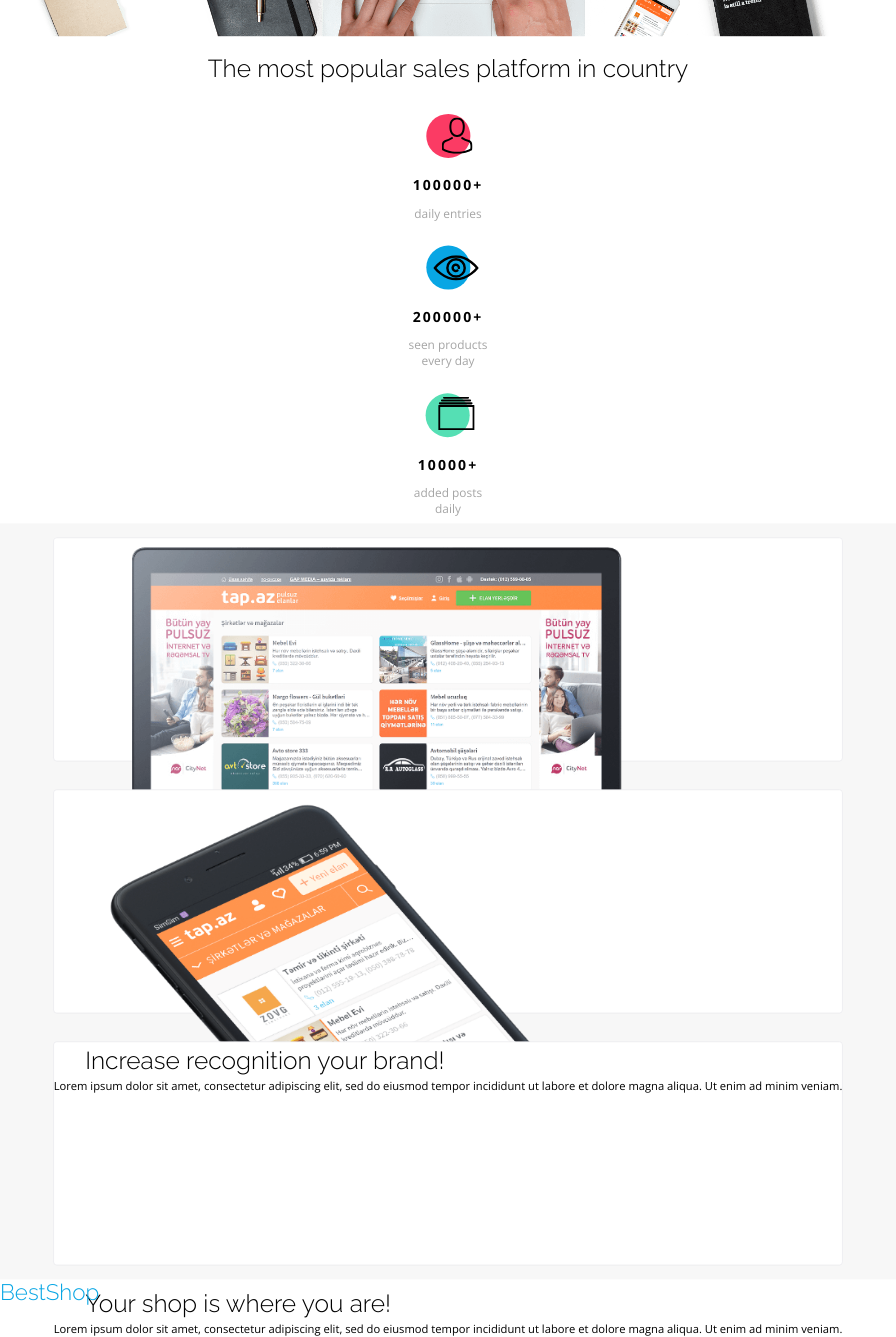
Repository: artwol993/BestShop
Page: index.html
An editor plug-in stored every save of this project. The page is shown before and after the next save, followed by the edit.
The browser window is 1280 px wide. The pictures show the part of the page from y = 684 to 2604 px (the page is 2594 px tall before and 2604 px after), at 70% of full size.
The style sheet was rebuilt from its Sass, Less or Tailwind sources for each picture, by a compiler version that may differ from the author's.

Above is the page before, as saved 2020-05-28 21:15:36.

### index.html
<!DOCTYPE html>
<html lang="en">
<head>
    <meta charset="UTF-8">
    <meta name="viewport" content="width=device-width, initial-scale=1.0">
    <title>BestShop[artwol993]</title>
    <link rel="stylesheet" href="css/main.css">
    <style>
        @import url('https://fonts.googleapis.com/css2?family=Open+Sans:wght@400;700&display=swap');
    </style>
    <style>
        @import url('https://fonts.googleapis.com/css2?family=Raleway:wght@300;400;700;800&display=swap');
    </style>
</head>
<body>
    <div class="main__container">
        <header>
            <div class="logo">BestShop</div>
            <nav class="nav">
                <!-- <button class="hamburger" aria-label="Menu">
                    <span class="hamburger__container" tabindex="-1">
                        <span class="hamburger__bars"></span>
                      </span>
                </button> -->
                <div class="side__menu">
                    <!-- <ul class="nav__list">
                        <li class="nav__list-item"><a href="" class="nav__link">why us</a></li>
                        <li class="nav__list-item"><a href="" class="nav__link">benefits</a></li>
                        <li class="nav__list-item"><a href="" class="nav__link">prices</a></li>
                        <li class="nav__list-item"><a href="" class="nav__link">contact</a></li>
                    </ul> -->
                </div>
            </nav>
        </header>

        <div class="content__container">
            <div class="main">

<!-- welcome-section -->

                <section class="welcome">
                    <div class="welcome__content">
                        <h1>Sell More!</h1>
                        <p>Open shop on our platform and incrase your sales</p>
                        <button class="main-btn">Open your shop</button>
                    </div>
                    <img src="/assets/Background.png" alt="notebook-picture" class="welcome__picture">
                </section>

<!-- stats-section -->

                <section class="stats">
                    <h2>The most popular sales platform in country</h2>
                    <div class="stats__container">
                        <div class="stats__bin">
                            <div class="stats__circle-person"></div>
                            <img src="./assets/Person.svg" alt="person-contour" class="stats__img-person">
                            <span>100000+</span>
                            <p>daily entries</p>
                        </div>
                        <div class="stats__bin">
                            <div class="stats__circle-eye"></div>
                            <img src="./assets/Eye.svg" alt="person-contour" class="stats__img-eye">
                            <span>200000+</span>
                            <p>seen products<br> every day</p>
                        </div>
                        <div class="stats__bin">
                            <div class="stats__circle-catalog"></div>
                            <img src="./assets/Catalog.svg" alt="person-contour" class="stats__img-catalog">
                            <span>10000+</span>
                            <p>added posts <br> daily</p>
                        </div>
                    </div>
                </section>

<!-- profits-section -->

                <section class="profits">
                    <div class="profits__container">
                        <div class="profits__box">
                            <img src="/assets/Macbook.png" alt="notebook-picture" class="notebook-picture">
                            <h2>Be always first</h2>
                            <p>Lorem ipsum dolor sit amet, consectetur adipiscing elit, sed do eiusmod tempor incididunt ut labore et dolore magna aliqua. Ut enim ad minim veniam.</p>
                        </div>
                        <div class="profits__box">
                            <img src="/assets/iPhone.png" alt="phone-picture" class="phone-picture">
                            <h2>Your shop is where you are!</h2>
                            <p>Lorem ipsum dolor sit amet, consectetur adipiscing elit, sed do eiusmod tempor incididunt ut labore et dolore magna aliqua. Ut enim ad minim veniam.</p>
                        </div>
                        <div class="profits__box">
                            <div class="proftis__box-third">
                                <h2>Increase recognition your brand!</h2>
                                <p>Lorem ipsum dolor sit amet, consectetur adipiscing elit, sed do eiusmod tempor incididunt ut labore et dolore magna aliqua. Ut enim ad minim veniam.</p>
                            </div>
                            <div class="proftis__box-third"></div>
                        </div>

                    </div>
                </section>

<!-- pricing-section -->

                <section class="pricing"></section>

<!-- contact-section -->

                <section class="contact"></section>
            </div>
        </div>

        <footer>
            <div class="logo">BestShop</div>
            <div class="footer-icon"></div>
            <div class="footer-icon"></div>
        </footer>
    </div>
</body>
</html>

### scss/main.scss
    $c-primary-first: #08a6e4;
    $c-primary-second: #fb3b64;
    $c-primary-third: #55dfb4;
    $c-black: #000000;
    $c-white: #ffffff;
    $c-background: #f7f7f7;
    $c-details: #a5a5a5;
    $c-shadow: #00000029;
    $f-h: 'Raleway', sans-serif;
    $f-p: 'Open Sans', sans-serif;
    $fw-light: 300;
    $fw-normal: 400;
    $fw-bold: 700;
    $fw-black: 800;

/*reset*/

  * {
      margin: 0;
      padding: 0;
      box-sizing: border-box;
  }

  /* fonts */

  a, p, ul, span {
    font-family: $f-p;
  }

  h1 {
    font-size: 3.063rem;
    font-weight: $fw-normal;
    font-family: $f-h;
    color: $c-black;
  }

  h2 {
    font-size: 2.188rem;
    font-weight: $fw-light;
    margin: 5px 45px;
    font-family: $f-h;
    color: $c-black;
  }

  h3 {
    font-size: 1.25rem;
    font-weight: $fw-bold;
    margin: 5px;
    font-family: $f-h;
    color: $c-black;
  }

  .logo {
    font-size: 2rem;
    font-weight: $fw-light;
    font-family: $f-h;
    color: $c-primary-first;
    text-decoration: none;
    cursor: pointer;
  }

  .body {
      width: 100vh;
  }
  /*header*/
  header {
      height: 70px;
      display: flex;
      align-items: center;
      justify-content: space-between;
      padding: 0 25px;
      box-shadow: 0px 3px 6px $c-shadow;
  }

//   .hamburger {
//     margin: 0;
//     padding: 0;
//     border: 0;
//     background-color: transparent;
//     cursor: pointer;
//     &:focus {
//         & > .hamburger__container {
//           	box-shadow: 0 0 2px 2px #51a7e8;
//         }
//     }
//   }

//   .hamburger__container {
//     display: flex;
//     align-items: center;
//     position: relative;
//     width: 35px;
//     height: 30px;
//   }

//   .hamburger__bars {
//     position: absolute;
//     width: 35px;
//     height: 2px;
//     background-color: #000;
//     transition: transform 220ms ease-in-out;
//     &:before, &:after {
//         display: block;
//         position: absolute;
//         width: 35px;
//         height: 2px;
//         background-color: #000;
//         content: '';
//     }
//     &:before {
//         top: -12px;
//         transition: top 100ms 250ms ease-in, transform 220ms ease-in-out;
//     }
//     &:after {
//         bottom: -12px;
//         transition: bottom 100ms 250ms ease-in,
//           			transform 220ms ease-in-out;
//     }
//   }

//   .hamburger--active {
//     .hamburger__bars {
//         transform: rotate(225deg);
//         transition: transform 220ms 120ms ease-in-out;
//         &:before {
//             top: 0;
//             transition: top 100ms ease-out;
//         }
//         &:after {
//             bottom: 0;
//             transform: rotate(-90deg);
//             transition: bottom 100ms ease-out,
//             		  	transform 220ms 120ms ease-in-out;
//         }
//     }
// }

//   .hamburger, .hamburger__container {
//     &:focus {
//       	outline: none;
//   	}
//   }

//   .side__menu {
//     display: flex;
//     box-sizing: border-box;
//     position: absolute;
//     height: 70%;
//     width: 200px;
//     top: 70px;
//     right: -300px;
//     padding: 0;
//     background-color: red;
//     transition: 0.3s transform ease-in-out;
//   }

//   .side__menu ul {
//     position: absolute;
//     display: flex;
//     flex-direction: column;
//     box-sizing: border-box;
//     height: calc(100% - 70px);
//     flex-wrap: wrap;
//     margin: 0 10px;
//     padding: 0;
//     list-style-type: none;
//     align-content: flex-start;
//   }

//   .side-__menu ul li {
//     display: flex;
//     flex-direction: column;
//     height: 30px;
//     background: $c-primary-second;
//     flex-basis: 100%;
//     margin-top: 70px;
//     color: #696e9e;
//     border-radius: 5px;
//     overflow: hidden;
//   }

//   .side__menu ul li a {
//     display: flex;
//     padding: 10px;
//     align-items: center;
//     width: 100%;
//     height: 100%;
//     background: $c-primary-third;
//     text-decoration: none;
//     box-sizing: border-box;
//   }

//   .hamburger:focus ~ .side__menu, .side__menu:hover {
//     transform: translateX(-300px);
//   }

.nav__list {
  display: flex;
  justify-content: space-around;
  align-items: center;
}

.nav__list-item {
  // padding: 10px;
  list-style: none;
  // margin-right: 50px;
}

.nav__link {
  color: $c-details;
  font-weight: $fw-bold;
  text-decoration: none;
  text-transform: uppercase;
  font-size: 11px;

  &:hover {
    color: $c-black;
    border-bottom: solid 3px $c-primary-first;
    padding-bottom: 23px;
  }
}

/*content*/

.content__container {
  // width: calc(100% - 20%);
  // background: pink;
  display: flex;
  align-items: center;
  justify-content: center;
}

// .main {
//   background: blue;
// }

.welcome {
  display: flex;
  flex-direction: column;
  align-items: center;

}

.welcome__content {
  margin: 50px 10px;
  display: flex;
  flex-direction: column;
  align-items: center;
}

.welcome__content p {
  text-align: center;
  margin-top: 20px;
}

.main-btn {
  margin-top: 25px;
  padding: 22px 70px;
  border-radius: 40px;
  font-weight: 800;
  border: none;
  text-align: center;
  text-decoration: none;
  background: $c-primary-first;
  color: $c-white;
}

.welcome__picture {
  width: 100%;
  height: auto;
  margin-bottom: 20px;
  object-position: center;

}

// stats-section

.stats h2 {
  text-align: center;
}

.stats__container {
  display: flex;
  flex-direction: column;
  align-items: center;
  margin: 10px 0;
}

.stats__bin {
  margin-top: 25px;
  display: flex;
  flex-direction: column;
  align-items: center;
}

div[class*="stats__circle"] {
  width: 63px;
  height: 63px;
  border-radius: 50%;
  position: relative;
  margin: 10px 0;
}

.stats__circle-person {
  background: $c-primary-second;
}
.stats__circle-eye {
  background: $c-primary-first;
}

.stats__circle-catalog {
  background: $c-primary-third;
}

img[class*="stats__img"] {
  position: absolute;
}

.stats__img-person {
  margin-top: 15px;
  margin-left: 25px;
}

.stats__img-eye {
  width: 65px;
  margin-top: 24px;
  margin-left: 23px;
}

.stats__img-catalog {
  margin-top: 15px;
  margin-left: 25px;
}

.stats__bin span {
  font-size: 20px;
  font-weight: $fw-bold;
  margin-top: 15px;
  letter-spacing: 3px;
}

.stats__bin p {
  margin-top: 15px;
  font-size: 17px;
  font-weight: $fw-normal;
  color: $c-details;
  text-align: center;
}

/*profits-section*/

.profits__container {
  display: flex;
  flex-direction: column;
  align-items: center;
  background: $c-background;
}

.profits__box {
  height: 320px;
  margin: 20px 30px;
  background: $c-white;
  border-radius: 5px;
  border: solid 1px #E8E9ED;

}

.profits__box img {
  width: 80%;
  height: auto;
  margin: 5px 10px;
}

After the next save:
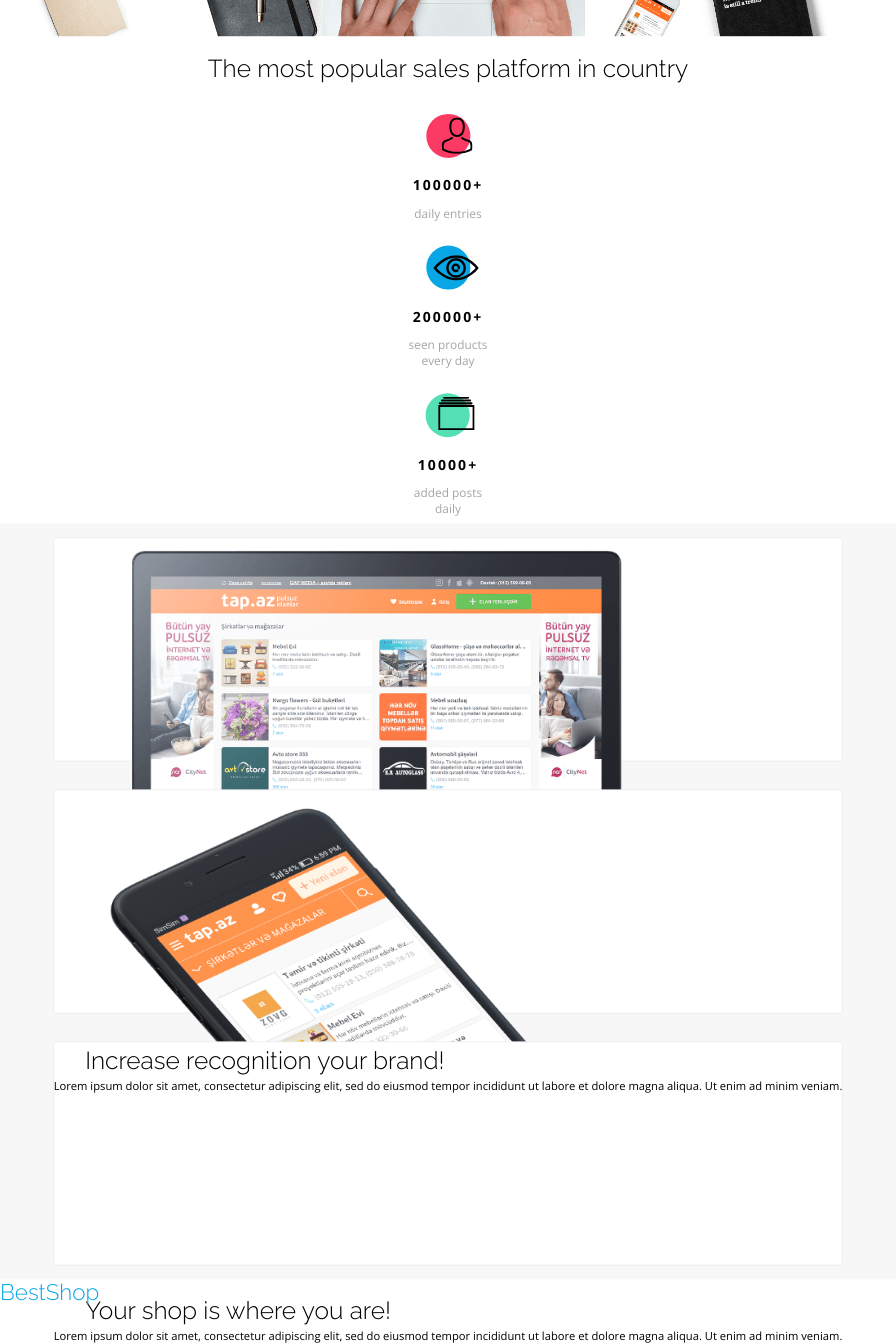
Saved 9 s later.
--- a/scss/main.scss
+++ b/scss/main.scss
@@ -368,5 +368,5 @@
 .profits__box img {
   width: 80%;
   height: auto;
-  margin: 5px 10px;
-}
+  margin: 10px 10px;
+}
